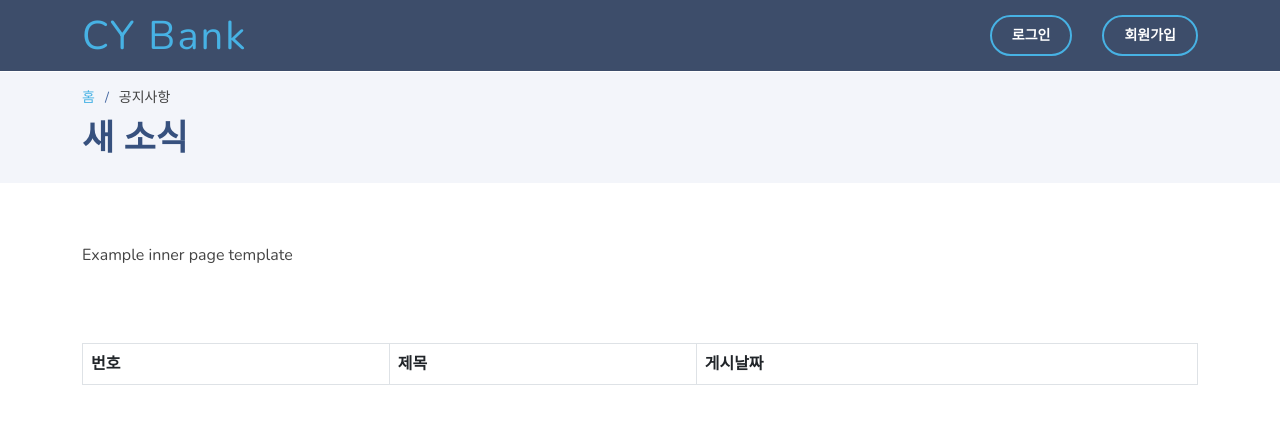
Repository: scy0814/Spring
Page: http://localhost/CYBank/jsp/notice/Notice.jsp
The author's editor kept a copy of each file at every save. The page is drawn from the files as they stood at one save, then again after the next save.
The browser window is 1280 px wide. The pictures show the whole page.
The page is served by Tomcat 9.

Above is the page before, as saved 2023-06-27 01:46:58.

After the next save:
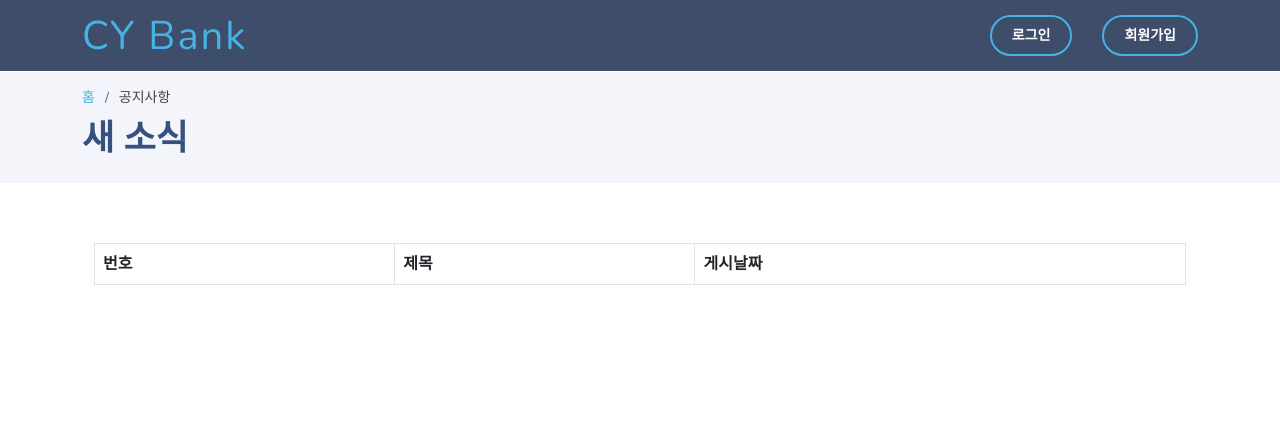
Saved 27 s later.
--- a/CYBank/src/main/webapp/jsp/notice/Notice.jsp
+++ b/CYBank/src/main/webapp/jsp/notice/Notice.jsp
@@ -45,11 +45,6 @@
 
     <section class="inner-page">
       <div class="container">
-        <p>
-          Example inner page template
-        </p>
-      </div>
-    </section>
  <div class="container">
         <table class="table table-striped table-bordered">
             <thead class="thead-light">
@@ -71,6 +66,8 @@
         </table>
         <br/>
     </div>
+      </div>
+    </section>
      <!-- Vendor JS Files -->
   <script src="/CYBank/css/vendor/purecounter/purecounter_vanilla.js"></script>
   <script src="/CYBank/css/vendor/aos/aos.js"></script>
